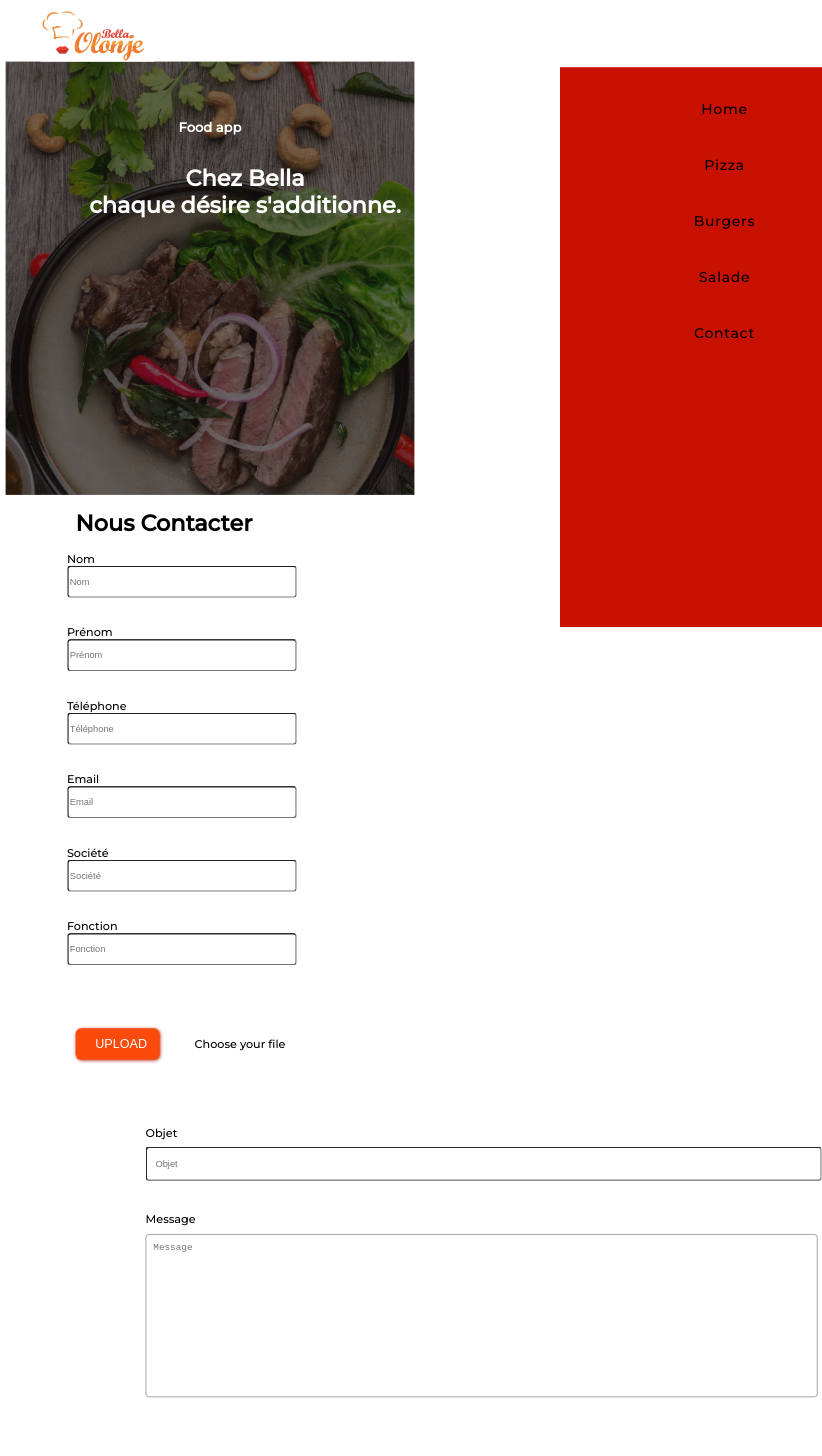
Repository: Ahlam-belhadj/bella-olange
Page: index3.html
An editor plug-in stored every save of this project. The page is shown before and after a run of saves, followed by the edit.
The browser window is 600 px wide. The page is 1174 px wide, then 974 px, so the pictures cover 1174 px, including what lies to the right of the window. The pictures show the part of the page from y = 0 to 2080 px (the page is 2650 px tall), at 70% of full size.
Pictures or frames that could not be fetched are drawn as grey boxes.

Above is the page before, as saved 2023-02-12 21:02:52.

### index3.html
<!DOCTYPE html>
<html lang="en">

<head>
    <meta charset="UTF-8">
    <meta http-equiv="X-UA-Compatible" content="IE=edge">
    <meta name="viewport" content="width=device-width, initial-scale=1.0">
    <link rel="stylesheet" href="style3.css">
    <script src="https://www.google.com/recaptcha/api.js" async defer></script>
    <title>Bella olanje</title>
</head>

<body>
    <header>
        <nav>
            <div class="logo"><img  class="logo" src="image/logo_bella_olonje.png" alt="logo"></div>
            <ul>
                <li><a href="#" class="nav-link">Home</a></li>
                <li><a href="#" class="nav-link">Pizza</a></li>
                <li><a href="#" class="nav-link">Burgers</a></li>
                <li><a href="#" class="nav-link">Salade</a></li>
                <li><a href="#" class="nav-link">Contact</a></li>

            </ul>
            <div class="icon_navbar">
                <label for="click" class="menu-btn">
                  <i class="fas fa-bars"></i>
                </label>
            </div>
          </nav>

        <div class="title">
            <div class="texte">
                <h3>Food app</h3>
                <h1>Chez Bella <br>
                    chaque désire s'additionne.</h1>
            </div>
        </div>
    </header>
    <main>
    <div class="information">
        <form>
            <h1>Nous Contacter</h1>
            <div class="commande">
                <div class="info1">
                    <div class="label">
                        <label>Nom</label>
                        <br>
                        <input type="text" placeholder="Nom">
                    </div>
                    <div class="label">
                        <label>Prénom</label>
                        <br>
                        <input type="text" placeholder="Prénom">
                    </div>
                </div>
                <div class="info2">
                    <div class="label">
                        <label>Téléphone</label>
                        <br>
                        <input type="text" placeholder="Téléphone">
                    </div>
                    <div class="label">
                        <label>Email</label>
                        <br>
                        <input type="email" placeholder="Email">
                    </div>
                </div>
                <div class="info1">
                    <div class="label">
                        <label>Société</label>
                        <br>
                        <input type="text" placeholder="Société">
                    </div>
                    <div class="label">
                        <label>Fonction</label>
                        <br>
                        <input type="email" placeholder="Fonction">
                    </div>
                </div>

            </div>
        </form>
    </div>


    <div class="chose">
        <div class="div_button">
            <button class="button1" type="button">UPLOAD</button>
            <p>Choose your file</p>
        </div>
    </div>

    <div>
        <div class="g-recaptcha" data-sitekey="6Lff4ygkAAAAABA1RWNuq8ewgkRZaDD-yAWqFs1t"></div>
    </div>

    <div class="grp_choose">
        <div class="choose_message">
            <div class="label_choose">
                <label>Objet</label><br>
                <input type="text" placeholder="Objet">
            </div>
            <div class="label_message">
                <label>Message</label><br>
                <textarea placeholder="Message"></textarea>
            </div>
        </div>
    </div>


    <div class="maps">
        <iframe
            src="https://www.google.com/maps/embed?pb=!1m18!1m12!1m3!1d6464.54830951471!2d2.4294808287259815!3d48.785241545980085!2m3!1f0!2f0!3f0!3m2!1i1024!2i768!4f13.1!3m3!1m2!1s0x47e67344bd2d57f1%3A0x2a84a845271b523a!2sAFPA!5e0!3m2!1sfr!2sfr!4v1674668360985!5m2!1sfr!2sfr"
            width="600" height="450" style="border:0;" allowfullscreen="" loading="lazy"
            referrerpolicy="no-referrer-when-downgrade"></iframe>
    </div>


    <div class="button1">
        <button class="button">Envoyer</button>
    </div>
</main>
</body>

</html>

### style3.css
@import url('https://fonts.googleapis.com/css2?family=Montserrat:wght@100;200;500&display=swap');

body {
    font-family: Montserrat, sans-serif;
}


.logo {
    height: 80px;
}

nav {
    display: flex;
    height: 80px;
    width: 100%;
    background: white;
    align-items: center;
    justify-content: space-between;
    padding: 0 50px 0 100px;
    flex-wrap: wrap;
  }

  nav .logo {
    color: #fff;
    font-size: 20px;
    text-transform: uppercase;
    text-decoration: none;
  }

  nav a {
    color: #fff;
    text-decoration: none;
  }

  nav ul {
    display: flex;
    flex-wrap: wrap;
    list-style: none;

  }

  nav ul li {
    margin: 0 5px;
  }

  nav ul li a {
    color: black;
    text-decoration: none;
    font-size: 16px;
    font-weight: 500;
    padding: 8px 15px;
    border-radius: 5px;
    letter-spacing: 1px;
    transition: all 0.3s ease;
  }

  nav .icon_navbar {
    display: flex;
  }



  nav .menu-btn i {
    color: #050505;
    font-size: 22px;
    cursor: pointer;

  }

  input[type="checkbox"] {
    display: none;
  }

  @media (max-width: 1000px) {
    nav {
      padding: 0 40px 0 50px;
    }

    nav .logo {
      color: #fff;
      font-size: 16px;
      text-transform: uppercase;
    }
  }

  @media (max-width: 1250px) {
    nav .menu-btn i {
      display: block;
    }

    #click:checked~.menu-btn i:before {
      content: "\f00d";
    }

    nav ul {
      position: fixed;
      top: 80px;
      right: -100%;
      background: #C81100;
      height: 100vh;
      width: 60%;
      text-align: center;
      display: block;
      transition: all 0.3s ease;
    }

    #click:checked~ul {
      right: 0;
    }

    nav ul li {
      width: 100%;
      margin: 40px 0;
    }

    nav ul li a {
      width: 100%;
      display: block;
      font-size: 20px;
      transition: 0.6s cubic-bezier(0.68, -0.55, 0.265, 1.55);
    }

    #click:checked~ul li a {
      margin-left: 0px;
    }

    nav ul li a.active,
    nav ul li a:hover {
      background: none;
      color: #1E1E1E;
    }
  }

.title {
  background-image: url(image/Rectangle\ 48.png);
  height: 619px;
  background-repeat: no-repeat;
  background-position: center;
  background-size: cover;



}

.texte{
    color: white;
    display: flex;
    align-items: center;
    justify-content: center;
    flex-direction: column;
    text-align: center;
    height: 50%;
}
/* header */

h1 {
    padding-left: 100px;
}


h2{
    text-align:center;
    padding-bottom: 20px;
}
.info1{
    display: flex;
    justify-content: space-around;
    padding-right: 100px;
}

.info2{
    display: flex;
    justify-content: space-around;
    padding-right: 100px;
}
input {
    width: 320px;
    height: 40px;
    border-radius: 5px;
    margin-bottom: 40px;

}


.maps{
    display: flex;

    padding-left: 200px ;
}

iframe {
width: 941px;
height: 500px;
left: 100px;
top: 1875px;

}


/* button */
button {
    border: 0;
    line-height: 2.5;
    width: 120px;
    padding: 0 18px;
    font-size: 18px;
    text-align: center;
    color: #fff;
    border-radius: 20px;
    background-color: #FA4A0C;
    box-shadow: 1px 1px 5px #B73227;


}

.button1{
    display: flex;
    justify-content: end;
    margin: 50px 0px 35px 100px;
    border-radius: 8px;
}

p {
        margin-top: 63px;
    margin-left: 50px;
}

.btn{
    display: flex;
}


.div_button {
    padding: 50px 0px 35px 100px;
    display: flex;
}

/* button */


.chose {
    display: flex;
}
.grp_choose {
    padding-left: 200px;
}

.label_choose input {
    width: 938px;
    height: 35px;
    margin-bottom: 20px;
    margin-top: 10px;
    padding: 5px 12px;
    color: grey;
    border-radius: 5px;
    border-color: gray;
}
.label_message {
    padding-top: 25px;
}
textarea {
    width: 938px;
    height: 141px;
    margin-bottom: 20px;
    color: grey;
    border-color: gray;
    margin-top: 12px;
    padding: 10px 10px 80px;
    outline: none;
    border-radius: 5px;
    resize: none;
}

.g-recaptcha {
    padding-left: 200px;
    margin-bottom: 60px;
}

@media (max-width:700px) {
    .info1 {
        display: flex;
        flex-direction: column;
        padding-left: 15%;
    }

    .info2 {
        display: flex;
        flex-direction: column;
        padding-left: 15%;
    }

    .div_button {
        padding: 0px;
      }

      .g-recaptcha{
        padding-left: 20%;
      }
}

@media screen and (min-width:701px) and (max-width:1199px) {




}

After the next 2 saves:
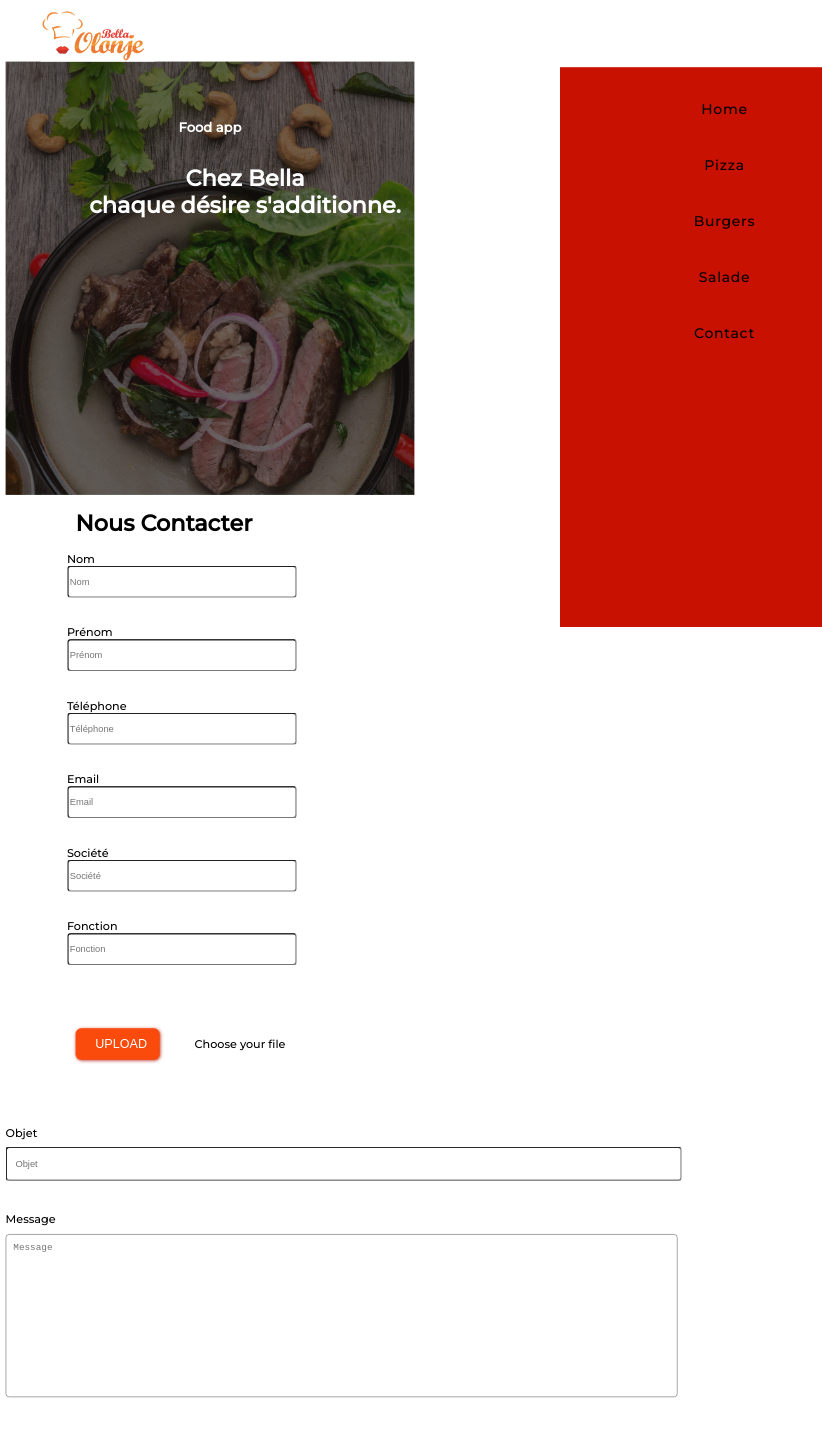
The 2 saves are shown as one change because they came seconds apart.
The last was saved 30 s later.
--- a/style3.css
+++ b/style3.css
@@ -296,6 +296,10 @@ textarea {
       .g-recaptcha{
         padding-left: 20%;
       }
+
+      .grp_choose {
+        padding-left: 0px;
+      }
 }
 
 @media screen and (min-width:701px) and (max-width:1199px) {
